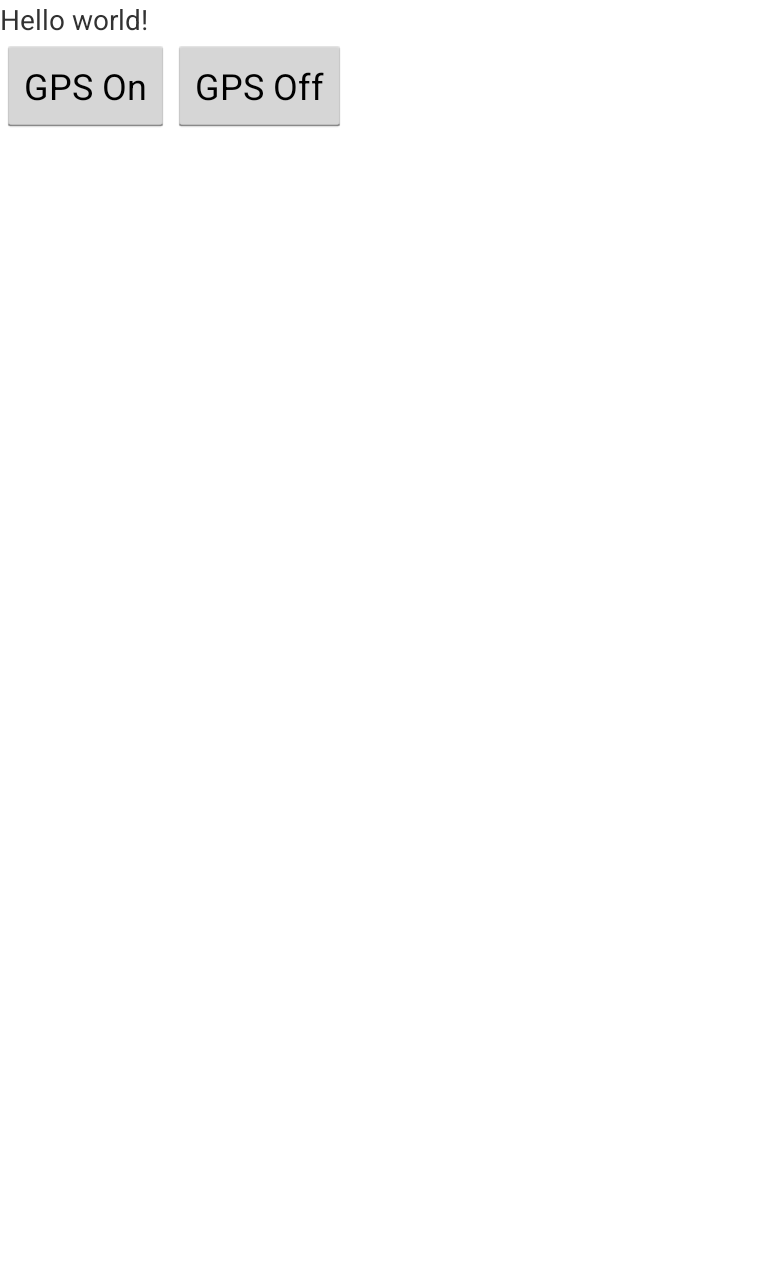
Repository: aludena18/android_apps
Layout: PhoneLocation/res/layout/activity_main.xml
The author's editor kept a copy of each file at every save. The layout is drawn from the files as they stood at one save, then again after the next save.
It is drawn on a 768 x 1280 px phone screen (xhdpi) without system bars, with theme AppTheme; the app's code is not run.

Above is the layout before, as saved 2015-04-29 17:25:42.

### PhoneLocation/res/layout/activity_main.xml
<LinearLayout xmlns:android="http://schemas.android.com/apk/res/android"
    xmlns:tools="http://schemas.android.com/tools"
    android:layout_width="match_parent"
    android:layout_height="match_parent"
    android:orientation="vertical"
    tools:context="com.abel.phonelocation.MainActivity" >

    <TextView
        android:id="@+id/txvHello"
        android:layout_width="wrap_content"
        android:layout_height="wrap_content"
        android:text="@string/hello_world" />

    <LinearLayout
        android:layout_width="match_parent"
   		android:layout_height="match_parent"
   		android:orientation="horizontal"
        >
    <Button
        android:id="@+id/btnOn"
        android:layout_width="wrap_content"
        android:layout_height="wrap_content"
        android:text="@string/etqBtnOn"/>

    <Button
        android:id="@+id/btnOff"
        android:layout_width="wrap_content"
        android:layout_height="wrap_content"
        android:text="@string/etqBtnOff"/>
    </LinearLayout>

    <TextView
        android:id="@+id/txvPosicion"
        android:textSize="20sp"
        android:layout_width="wrap_content"
        android:layout_height="wrap_content"
        android:text="@string/etqPosicion"
        />

</LinearLayout>

### PhoneLocation/res/values/strings.xml
<?xml version="1.0" encoding="utf-8"?>
<resources>

    <string name="app_name">Phone Location</string>
    <string name="hello_world">Hello world!</string>
    <string name="action_settings">Settings</string>
    <string name="etqPosicion">Posicion</string>
    <string name="etqBtnOn">GPS On</string>
    <string name="etqBtnOff">GPS Off</string>

</resources>

Loaded but not shown: PhoneLocation/res/values/styles.xml (common file); PhoneLocation/res/values-v11/styles.xml (common file); PhoneLocation/res/values-v14/styles.xml (common file)

After the next save:
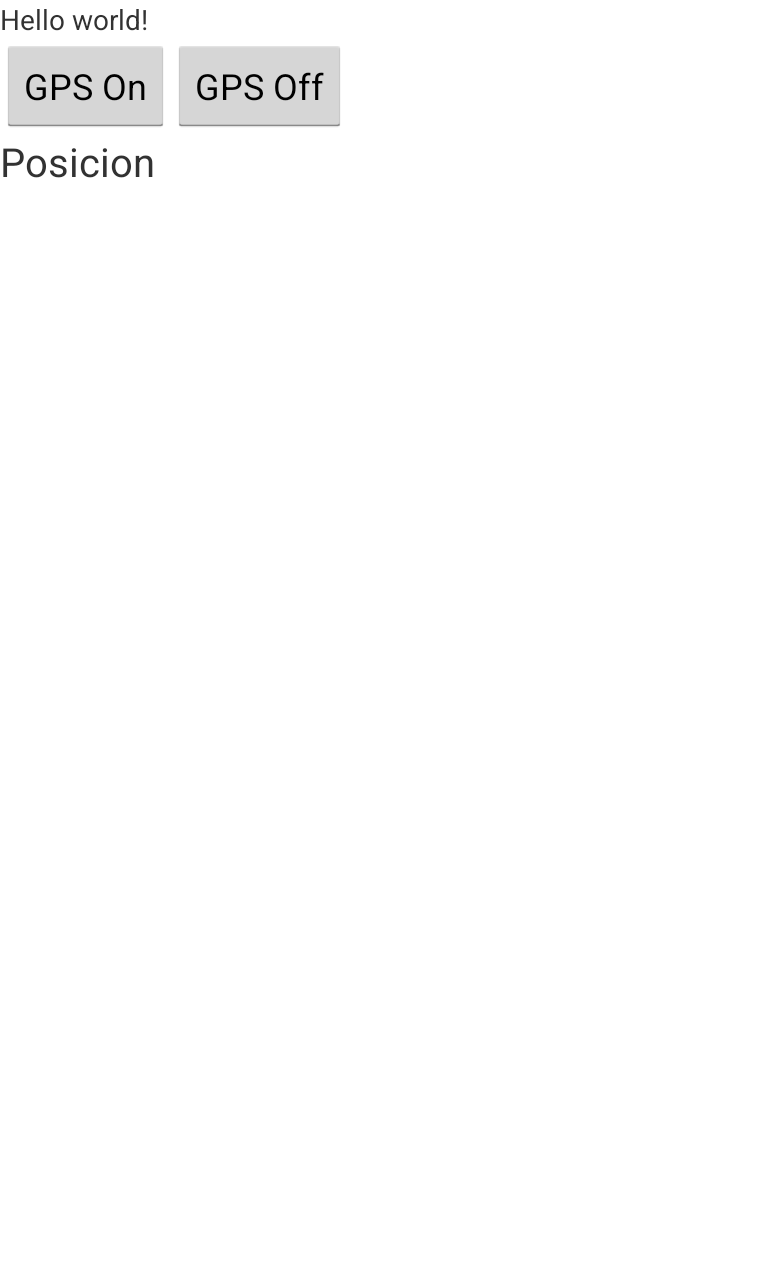
Saved 24 s later.
--- a/PhoneLocation/res/layout/activity_main.xml
+++ b/PhoneLocation/res/layout/activity_main.xml
@@ -12,8 +12,8 @@
         android:text="@string/hello_world" />
 
     <LinearLayout
-        android:layout_width="match_parent"
-   		android:layout_height="match_parent"
+        android:layout_width="wrap_content"
+   		android:layout_height="wrap_content"
    		android:orientation="horizontal"
         >
     <Button
